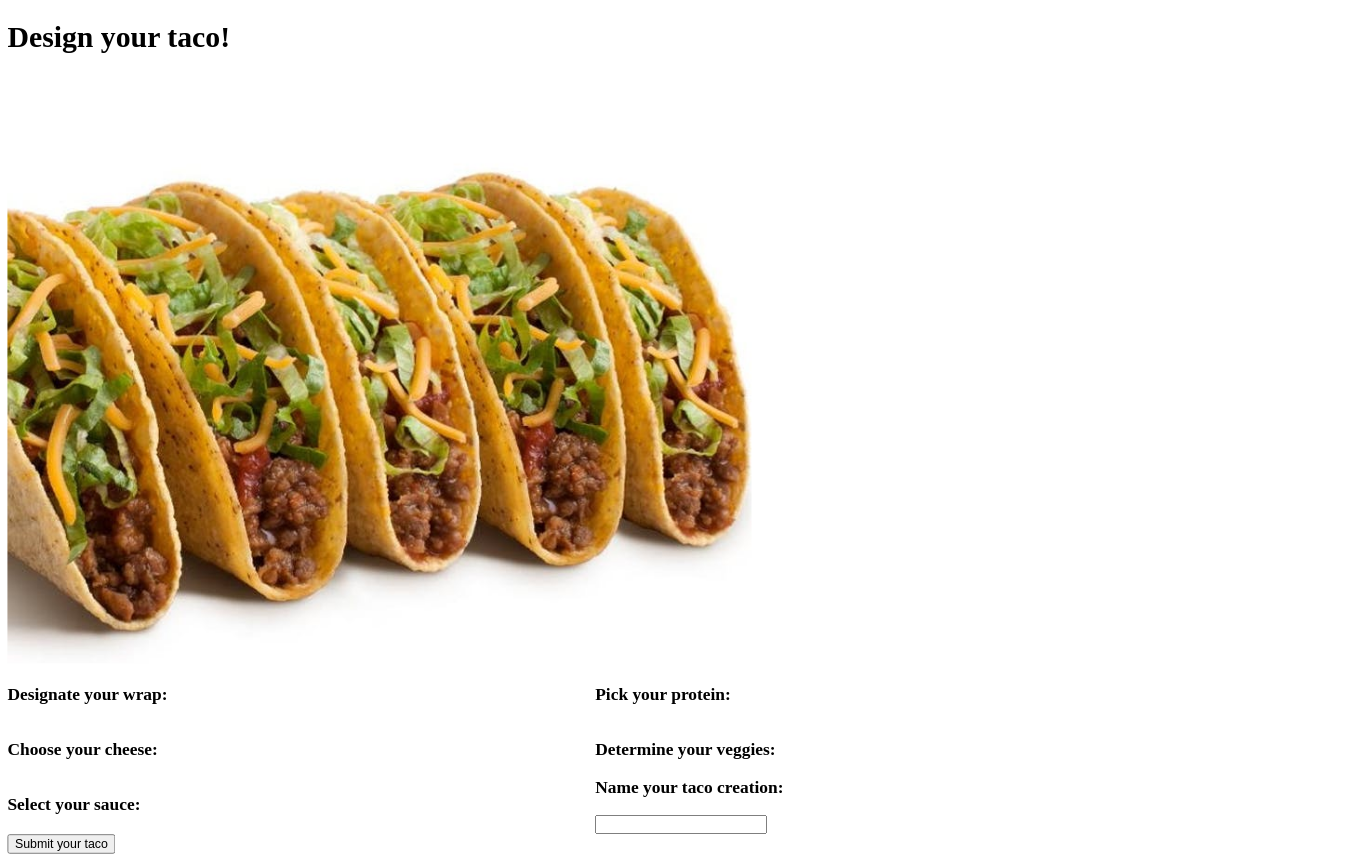
Repository: LucaFinizio/Tacos
Page: http://localhost/design
An editor plug-in stored every save of this project. The page is shown before and after the next save, followed by the edit.
The browser window is 1280 px wide. The page is 1280 px wide, then 1474 px, then 1280 px, so the pictures cover 1474 px, including what lies to the right of the window. The pictures show the whole page, at 93% of full size.
The page is this project's Thymeleaf template; nobody is signed in. The template is opened directly, without the code that normally fills it, so the values that code supplies are empty.

Above is the page before, as saved 2019-09-12 10:12:19.

After the next save:
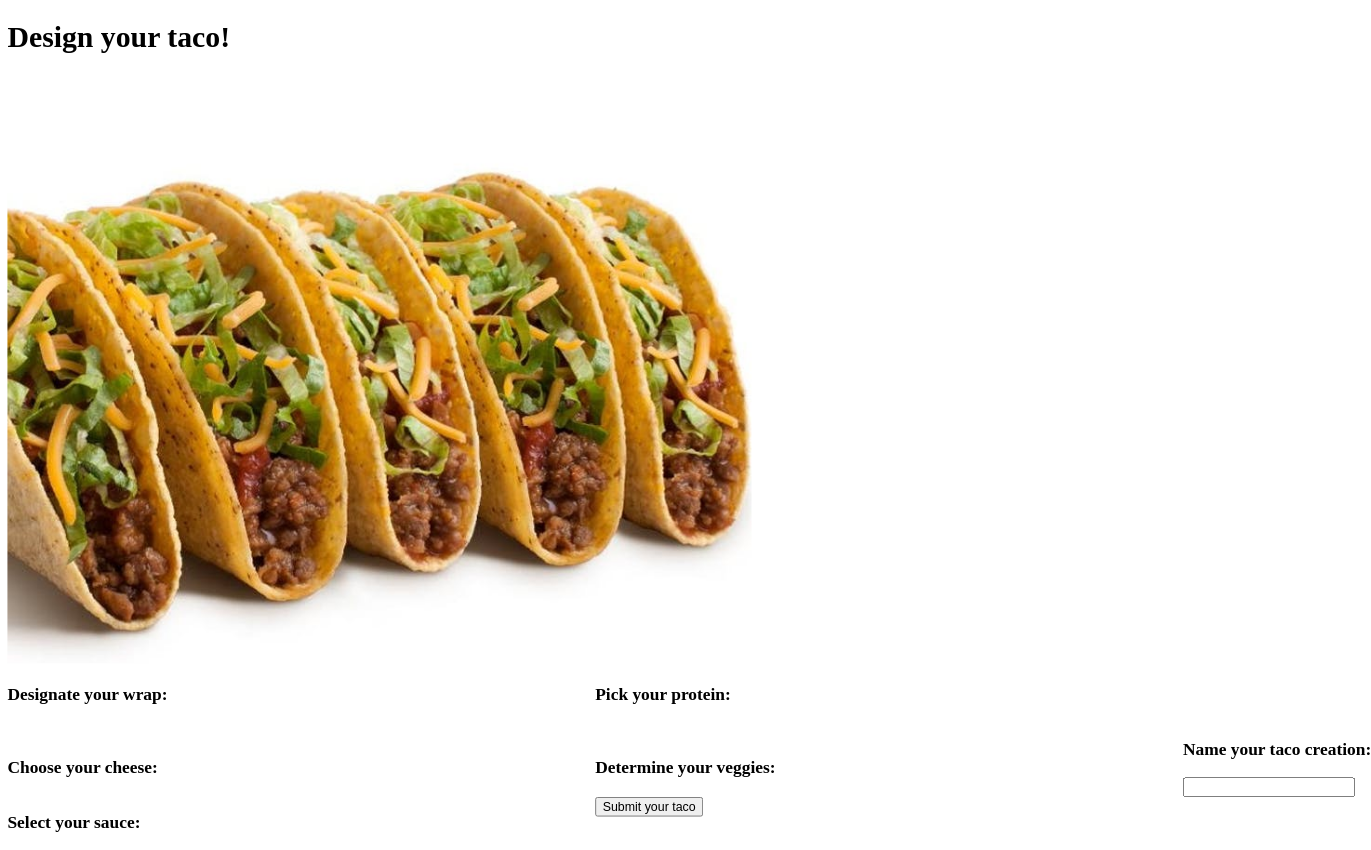
Saved 100 s later.
--- a/taco-cloud/src/main/resources/templates/design.html
+++ b/taco-cloud/src/main/resources/templates/design.html
@@ -13,7 +13,7 @@
     <form method="POST" th:object="${design}">
 
 
-    <div class="grid">
+    <div class="grid"><nobr>
       <div class="ingredient-group" id="wraps">
       <h3>Designate your wrap:</h3>
       <div th:each="ingredient : ${wrap}">

After the save that followed:
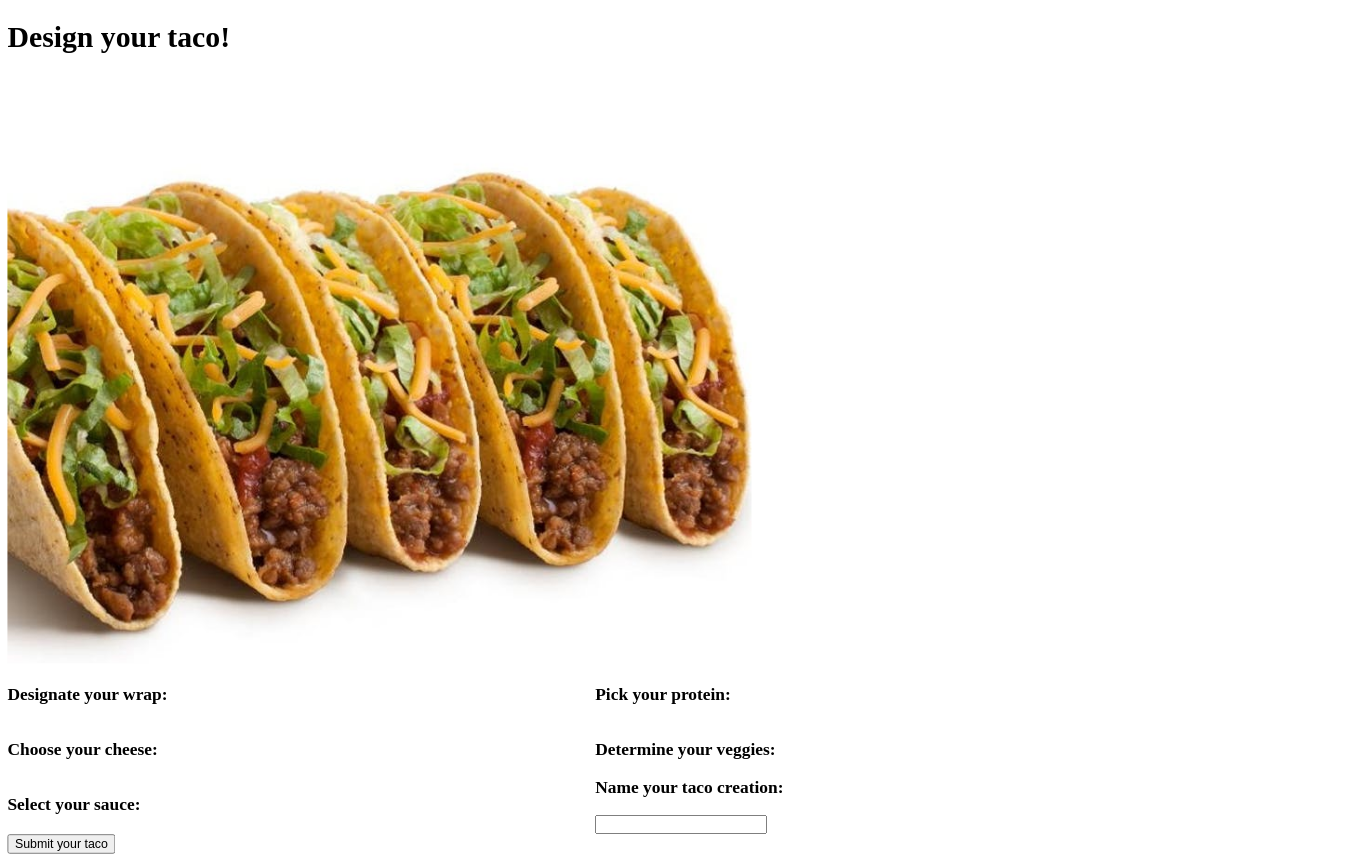
Saved 39 s later.
--- a/taco-cloud/src/main/resources/templates/design.html
+++ b/taco-cloud/src/main/resources/templates/design.html
@@ -13,7 +13,7 @@
     <form method="POST" th:object="${design}">
 
 
-    <div class="grid"><nobr>
+    <div class="grid">
       <div class="ingredient-group" id="wraps">
       <h3>Designate your wrap:</h3>
       <div th:each="ingredient : ${wrap}">
